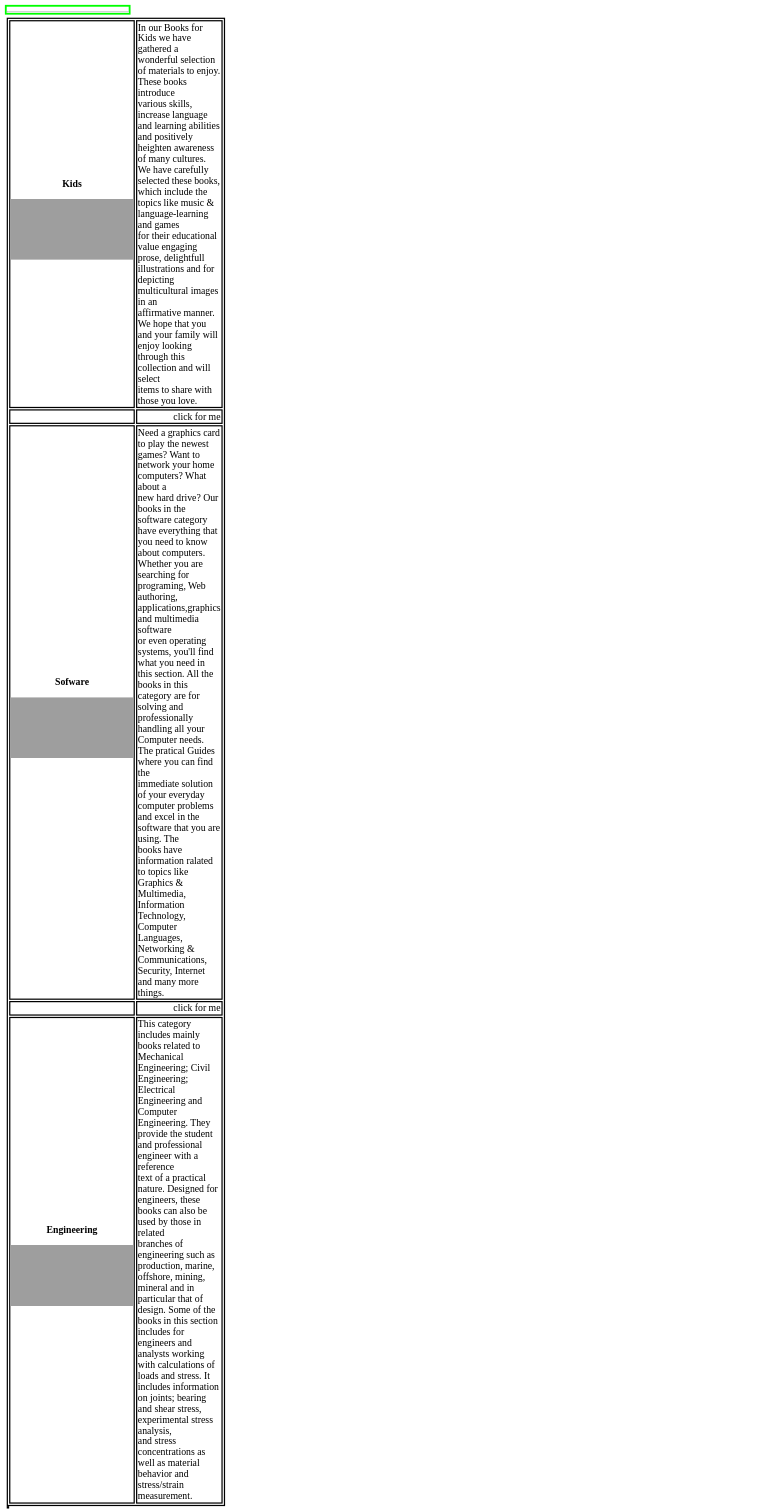
Repository: Helianthusss/Learn-CPP
Page: HTML/lap2/bai4.html
An editor plug-in stored every save of this project. The page is shown before and after the next save, followed by the edit.
The browser window is 1280 px wide. The pictures show the whole page, at 61% of full size.
Pictures or frames that could not be fetched are drawn as grey boxes.

Above is the page before, as saved 2021-09-22 16:55:32.

After the next save:
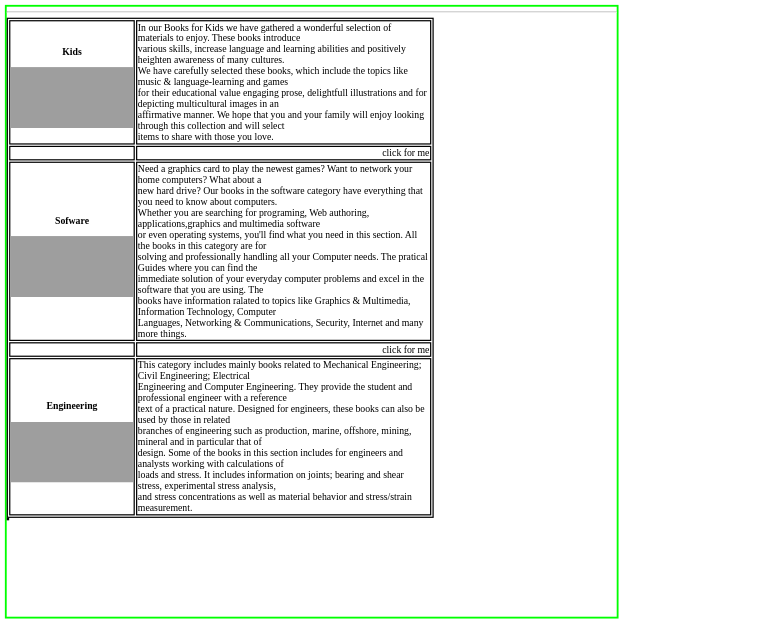
Saved 25 s later.
--- a/HTML/lap2/bai4.html
+++ b/HTML/lap2/bai4.html
@@ -15,8 +15,8 @@
     <style type="text/css">
       body{
           border:3px solid #00ff00;
-          width:200px;
-          height:10px;
+          width:1000px;
+          height:1000px;
           overflow-x:auto;
           overflow-y:auto;
       }

After the save that followed:
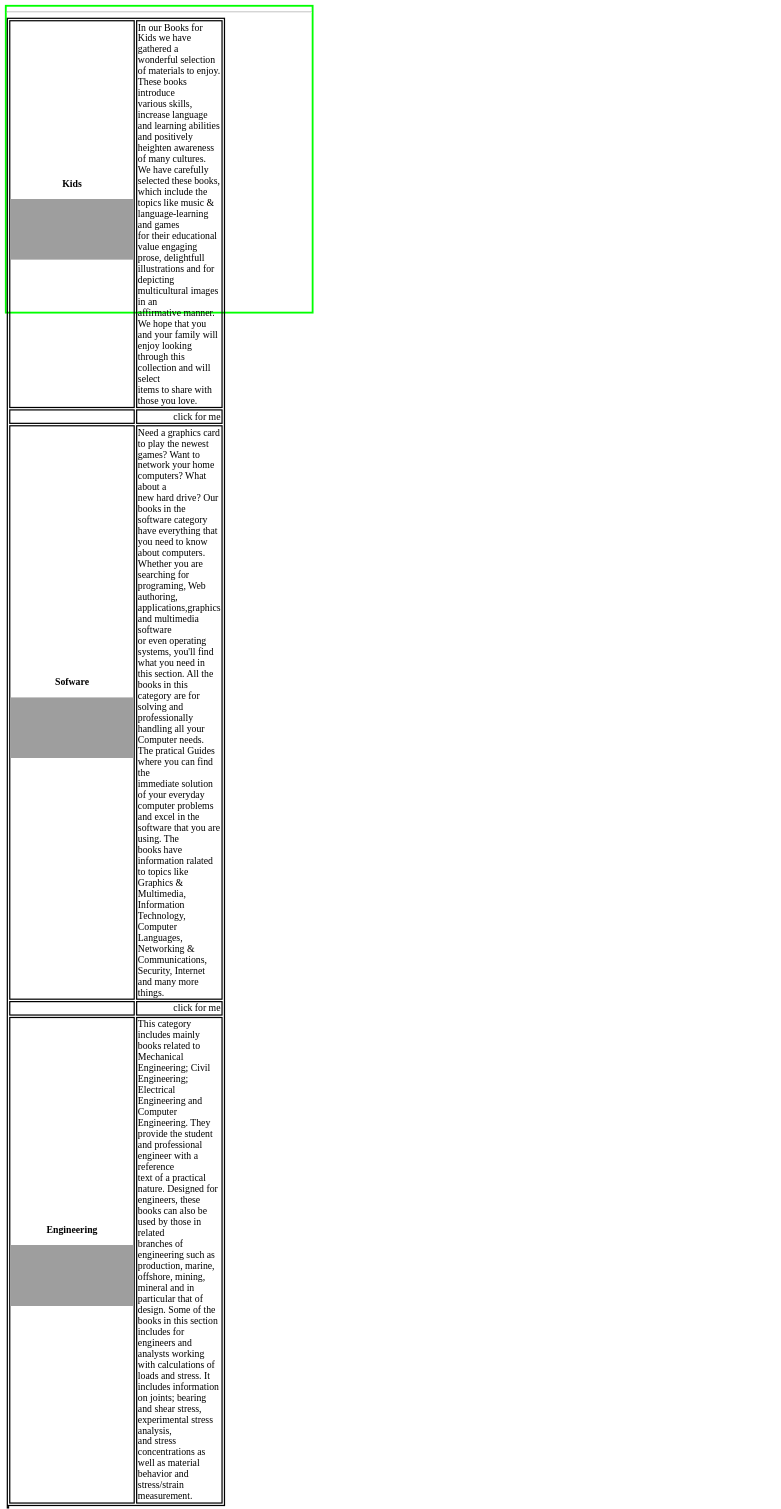
Saved 46 s later.
--- a/HTML/lap2/bai4.html
+++ b/HTML/lap2/bai4.html
@@ -15,8 +15,8 @@
     <style type="text/css">
       body{
           border:3px solid #00ff00;
-          width:1000px;
-          height:1000px;
+          width:500px;
+          height:500px;
           overflow-x:auto;
           overflow-y:auto;
       }
